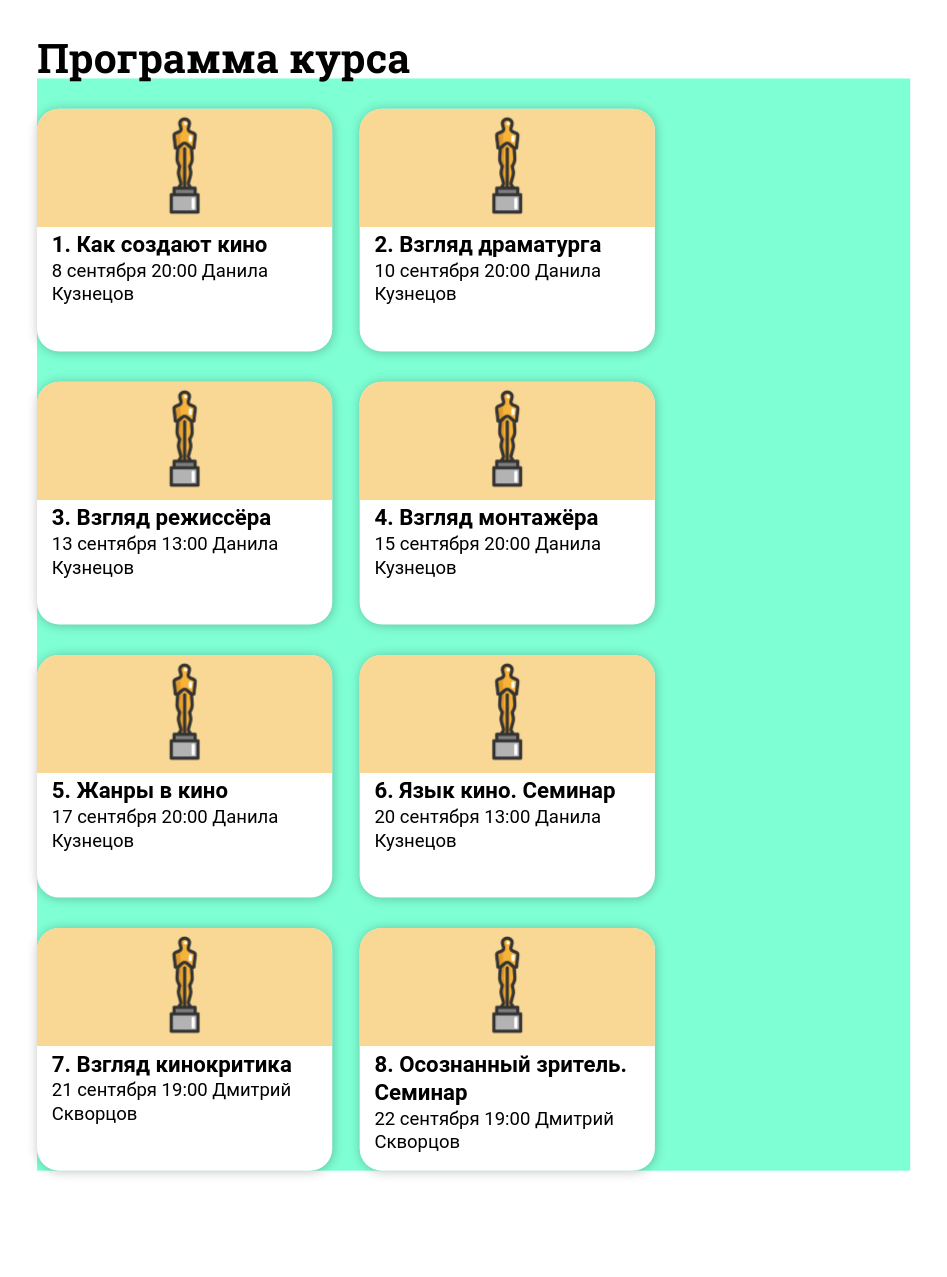
Repository: MehdiKerimov/Figma-task-18
Page: pages/homePage/index.html
These files come from the project's save history. The page is drawn as it stood at one moment and after a run of saves; the edit follows.
The browser window is 1280 px wide. The pictures show the whole page, at 74% of full size.
The style sheet was rebuilt from its Sass, Less or Tailwind sources for each picture, by a compiler version that may differ from the author's.

Above is the page before, as saved 2023-11-28 10:30:23.

### pages/homePage/index.html
<!DOCTYPE html>
<html lang="en">
  <head>
    <meta charset="UTF-8" />
    <meta name="viewport" content="width=device-width, initial-scale=1.0" />
    <title>Document</title>
    <link rel="stylesheet" href="../../assets/css/reset.css" />
    <link rel="stylesheet" href="index.css" />
  </head>
  <body>
    <div class="container">
      <h1>Программа курса</h1>
      <ul>
        <li>
          <svg
            xmlns="http://www.w3.org/2000/svg"
            xmlns:xlink="http://www.w3.org/1999/xlink"
            width="399"
            height="160"
            viewBox="0 0 399 160"
            fill="none"
          >
            <path
              d="M0 30C0 13.4315 13.4315 0 30 0H369C385.569 0 399 13.4315 399 30V160H0V30Z"
              fill="url(#pattern0)"
            />
            <defs>
              <pattern
                id="pattern0"
                patternContentUnits="objectBoundingBox"
                width="1"
                height="1"
              >
                <use
                  xlink:href="#image0_1_117"
                  transform="matrix(0.000833333 0 0 0.00207813 0 -0.214596)"
                />
              </pattern>
              <image
                id="image0_1_117"
                width="1200"
                height="800"
                xlink:href="data:[embedded picture, 68827 characters]"
              />
            </defs>
          </svg>
          <h2>1. Как создают кино</h2>
          <p>8 сентября 20:00 Данила Кузнецов</p>
        </li>
        <li>
          <svg
            xmlns="http://www.w3.org/2000/svg"
            xmlns:xlink="http://www.w3.org/1999/xlink"
            width="399"
            height="160"
            viewBox="0 0 399 160"
            fill="none"
          >
            <path
              d="M0 30C0 13.4315 13.4315 0 30 0H369C385.569 0 399 13.4315 399 30V160H0V30Z"
              fill="url(#pattern0)"
            />
            <defs>
              <pattern
                id="pattern0"
                patternContentUnits="objectBoundingBox"
                width="1"
                height="1"
              >
                <use
                  xlink:href="#image0_1_129"
                  transform="matrix(0.000833333 0 0 0.00207813 0 -0.214596)"
                />
              </pattern>
              <image
                id="image0_1_129"
                width="1200"
                height="800"
                xlink:href="data:[embedded picture, 106779 characters]"
              />
            </defs>
          </svg>
          <h2>2. Взгляд драматурга</h2>
          <p>10 сентября 20:00 Данила Кузнецов</p>
        </li>
        <li>
          <svg
            xmlns="http://www.w3.org/2000/svg"
            xmlns:xlink="http://www.w3.org/1999/xlink"
            width="399"
            height="160"
            viewBox="0 0 399 160"
            fill="none"
          >
            <path
              d="M0 30C0 13.4315 13.4315 0 30 0H369C385.569 0 399 13.4315 399 30V160H0V30Z"
              fill="url(#pattern0)"
            />
            <defs>
              <pattern
                id="pattern0"
                patternContentUnits="objectBoundingBox"
                width="1"
                height="1"
              >
                <use
                  xlink:href="#image0_1_133"
                  transform="matrix(0.000833333 0 0 0.00207813 0 -0.214596)"
                />
              </pattern>
              <image
                id="image0_1_133"
                width="1200"
                height="800"
                xlink:href="data:[embedded picture, 57403 characters]"
              />
            </defs>
          </svg>
          <h2>3. Взгляд режиссёра</h2>
          <p>13 сентября 13:00 Данила Кузнецов</p>
        </li>
        <li>
          <svg
            xmlns="http://www.w3.org/2000/svg"
            xmlns:xlink="http://www.w3.org/1999/xlink"
            width="399"
            height="160"
            viewBox="0 0 399 160"
            fill="none"
          >
            <path
              d="M0 30C0 13.4315 13.4315 0 30 0H369C385.569 0 399 13.4315 399 30V160H0V30Z"
              fill="url(#pattern0)"
            />
            <defs>
              <pattern
                id="pattern0"
                patternContentUnits="objectBoundingBox"
                width="1"
                height="1"
              >
                <use
                  xlink:href="#image0_1_144"
                  transform="matrix(0.000833333 0 0 0.00207813 0 -0.214596)"
                />
              </pattern>
              <image
                id="image0_1_144"
                width="1200"
                height="800"
                xlink:href="data:[embedded picture, 49903 characters]"
              />
            </defs>
          </svg>
          <h2>4. Взгляд монтажёра</h2>
          <p>15 сентября 20:00 Данила Кузнецов</p>
        </li>
        <li>
          <svg
            xmlns="http://www.w3.org/2000/svg"
            xmlns:xlink="http://www.w3.org/1999/xlink"
            width="399"
            height="160"
            viewBox="0 0 399 160"
            fill="none"
          >
            <path
              d="M0 30C0 13.4315 13.4315 0 30 0H369C385.569 0 399 13.4315 399 30V160H0V30Z"
              fill="url(#pattern0)"
            />
            <defs>
              <pattern
                id="pattern0"
                patternContentUnits="objectBoundingBox"
                width="1"
                height="1"
              >
                <use
                  xlink:href="#image0_1_145"
                  transform="matrix(0.000833333 0 0 0.00207813 0 -0.214596)"
                />
              </pattern>
              <image
                id="image0_1_145"
                width="1200"
                height="800"
                xlink:href="data:[embedded picture, 90219 characters]"
              />
            </defs>
          </svg>
          <h2>5. Жанры в кино</h2>
          <p>17 сентября 20:00 Данила Кузнецов</p>
        </li>
        <li>
          <svg
            xmlns="http://www.w3.org/2000/svg"
            xmlns:xlink="http://www.w3.org/1999/xlink"
            width="399"
            height="160"
            viewBox="0 0 399 160"
            fill="none"
          >
            <path
              d="M0 30C0 13.4315 13.4315 0 30 0H369C385.569 0 399 13.4315 399 30V160H0V30Z"
              fill="url(#pattern0)"
            />
            <defs>
              <pattern
                id="pattern0"
                patternContentUnits="objectBoundingBox"
                width="1"
                height="1"
              >
                <use
                  xlink:href="#image0_1_146"
                  transform="matrix(0.000833333 0 0 0.00207813 0 -0.214596)"
                />
              </pattern>
              <image
                id="image0_1_146"
                width="1200"
                height="800"
                xlink:href="data:[embedded picture, 74483 characters]"
              />
            </defs>
          </svg>
          <h2>6. Язык кино. Семинар</h2>
          <p>20 сентября 13:00 Данила Кузнецов</p>
        </li>
        <li>
          <svg
            xmlns="http://www.w3.org/2000/svg"
            xmlns:xlink="http://www.w3.org/1999/xlink"
            width="399"
            height="160"
            viewBox="0 0 399 160"
            fill="none"
          >
            <path
              d="M0 30C0 13.4315 13.4315 0 30 0H369C385.569 0 399 13.4315 399 30V160H0V30Z"
              fill="url(#pattern0)"
            />
            <defs>
              <pattern
                id="pattern0"
                patternContentUnits="objectBoundingBox"
                width="1"
                height="1"
              >
                <use
                  xlink:href="#image0_1_146"
                  transform="matrix(0.000833333 0 0 0.00207813 0 -0.214596)"
                />
              </pattern>
              <image
                id="image0_1_146"
                width="1200"
                height="800"
                xlink:href="data:[embedded picture, 74483 characters]"
              />
            </defs>
          </svg>
          <h2>7. Взгляд кинокритика</h2>
          <p>21 сентября 19:00 Дмитрий Скворцов</p>
        </li>
        <li>
          <svg
            xmlns="http://www.w3.org/2000/svg"
            xmlns:xlink="http://www.w3.org/1999/xlink"
            width="399"
            height="160"
            viewBox="0 0 399 160"
            fill="none"
          >
            <path
              d="M0 30C0 13.4315 13.4315 0 30 0H369C385.569 0 399 13.4315 399 30V160H0V30Z"
              fill="url(#pattern0)"
            />
            <defs>
              <pattern
                id="pattern0"
                patternContentUnits="objectBoundingBox"
                width="1"
                height="1"
              >
                <use
                  xlink:href="#image0_1_146"
                  transform="matrix(0.000833333 0 0 0.00207813 0 -0.214596)"
                />
              </pattern>
              <image
                id="image0_1_146"
                width="1200"
                height="800"
                xlink:href="data:[embedded picture, 74483 characters]"
              />
            </defs>
          </svg>
          <h2>8. Осознанный зритель. Семинар</h2>
          <p>22 сентября 19:00 Дмитрий Скворцов</p>
        </li>
      </ul>
    </div>
  </body>
</html>

### assets/css/reset.css
*{
    margin: 0;
    padding: 0;
    box-sizing: border-box;
}
li{
 list-style-type: none;
}

### pages/homePage/index.scss
@import url('https://fonts.googleapis.com/css2?family=Roboto+Slab:wght@400;700&display=swap');

.container {
    background: #FFF;
    padding: 50px 50px 144px 50px;
    min-height: 100vh;

    h1 {
        color: #000;
        font-family: Roboto Slab;
        font-size: 55px;
        font-style: normal;
        font-weight: 700;
        line-height: 101.385%;
    }

    ul {
        display: flex;
        /* justify-content: space-between; */
        flex-wrap: wrap;
        background-color: aquamarine;

        li {

            margin-top: 41px;
            list-style-type: none;
            margin-right: 37px;
            width: 399px;
            height: 328px;
            border-radius: 30px;
            background: #FFF;
            box-shadow: 1px 1px 15px 0px rgba(0, 0, 0, 0.25);

            svg {
                width: 100%;

            }

            h2 {
                margin-left: 20px;
                /* width: 365px; */
                color: #000;
                font-family: Roboto;
                font-size: 30px;
                font-style: normal;
                font-weight: 700;
                line-height: 130%;
            }

            p {
                /* width: 365px; */
                margin-left: 20px;
                color: #000;
                font-family: Roboto;
                font-size: 25px;
                font-style: normal;
                font-weight: 400;
                line-height: 130%;
            }
        }
    }
}

After the next 2 saves:
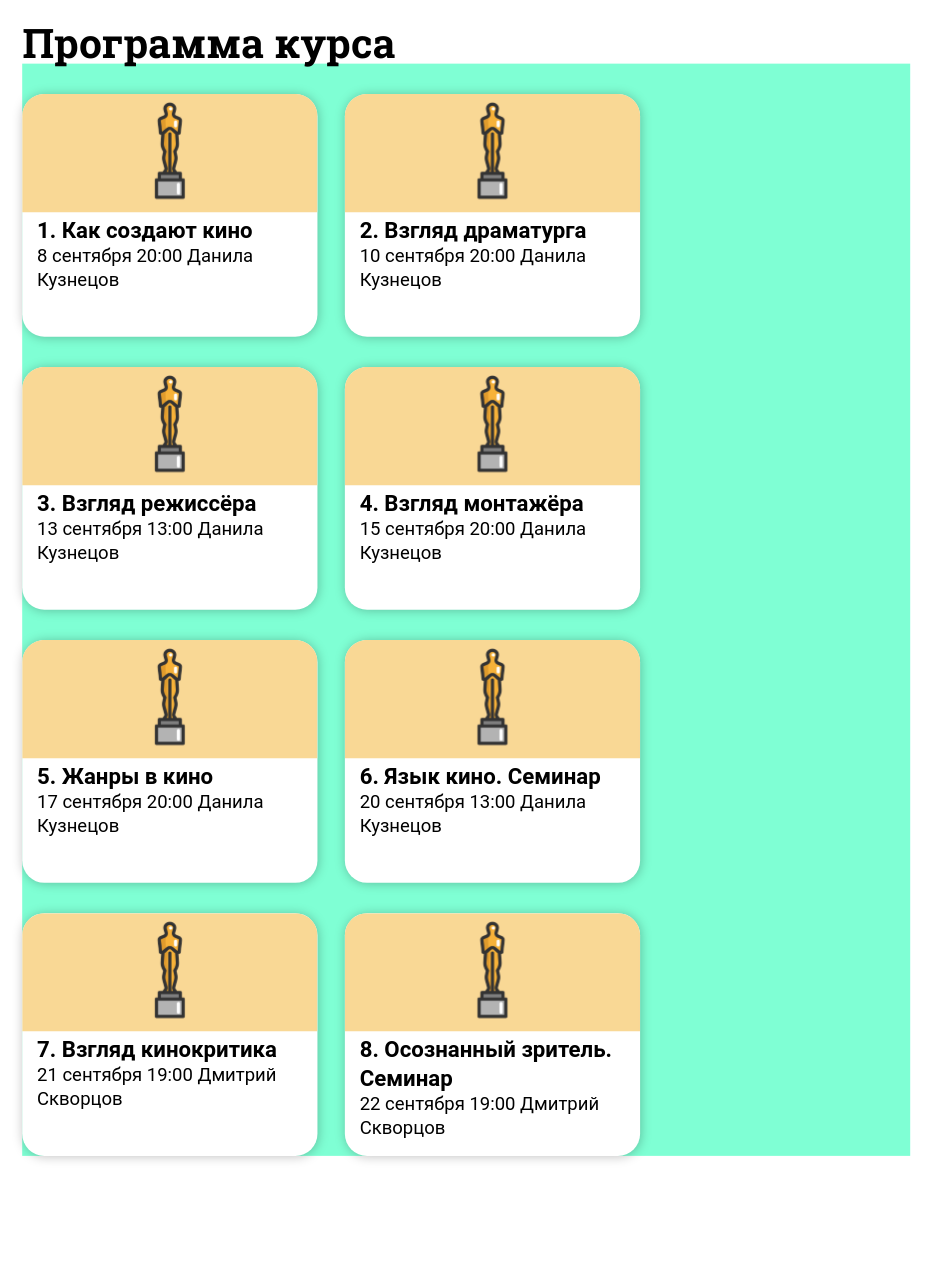
The 2 saves are shown as one change because they came seconds apart.
The last was saved 14 s later.
--- a/pages/homePage/index.scss
+++ b/pages/homePage/index.scss
@@ -2,7 +2,7 @@
 
 .container {
     background: #FFF;
-    padding: 50px 50px 144px 50px;
+    padding: 30px 50px 144px 30px;
     min-height: 100vh;
 
     h1 {
